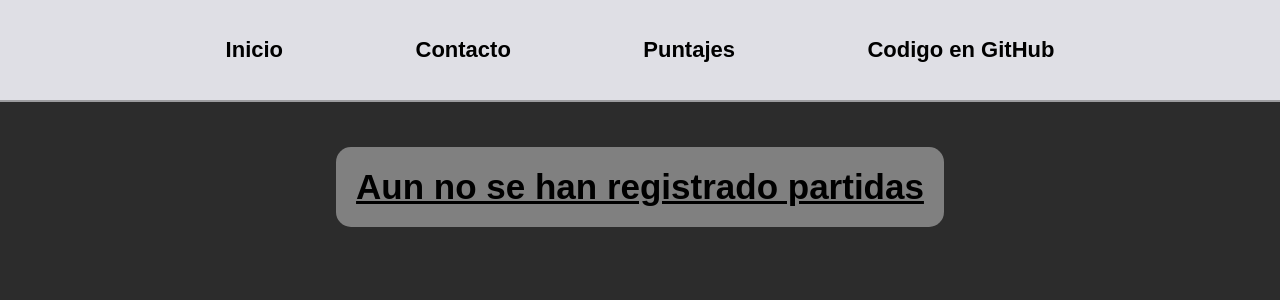
Repository: FacundoKinderknecht/FacundoKinderknecht_Wordle_Game_LPPA
Page: html/puntajes.html
The author's editor kept a copy of each file at every save. The page is drawn from the files as they stood at one save, then again after the next save.
The browser window is 1280 px wide. The pictures show the whole page.

Above is the page before, as saved 2023-08-08 09:49:36.

### html/puntajes.html
<!DOCTYPE html>
<html lang="en">
    <head>
        <meta charset="UTF-8">
        <meta http-equiv="X-UA-Compatible" content="IE=edge">
        <meta name="viewport" content="width=device-width, initial-scale=1.0">

        <link rel="stylesheet" href="../css/reset.css">
        <link rel="stylesheet" href="../css/styles.css">
        <link rel="stylesheet" href="../css/puntajes.css">

        <script src="../js/puntajes.js"></script>

        <title>Puntajes</title>
    </head>
    <body>
        <header>
            <nav class="navbar">
                <a href="../index.html">Inicio</a>
                <a href="">Contacto</a>
                <a href="../html/puntajes.html">Puntajes</a>
                <a href="https://github.com/FacundoKinderknecht/FacundoKinderknecht_Wordle_Game_LPPA" target="_blank">Codigo en GitHub</a>
            </nav>
        </header>
        <h2 class="hidden" id="title"></h2>
        <div class="table-container">
            <p class="hidden" id="loading-text">Cargando</p>
            <table id="table">
                <thead id="encabezado"></thead>
                <tbody id="contenido"></tbody>
            </table>
        </div>
    </body>
</html>

### css/reset.css
/* http://meyerweb.com/eric/tools/css/reset/
   v2.0 | 20110126
   License: none (public domain)
*/

html, body, div, span, applet, object, iframe,
h1, h2, h3, h4, h5, h6, p, blockquote, pre,
a, abbr, acronym, address, big, cite, code,
del, dfn, em, img, ins, kbd, q, s, samp,
small, strike, strong, sub, sup, tt, var,
b, u, i, center,
dl, dt, dd, ol, ul, li,
fieldset, form, label, legend,
table, caption, tbody, tfoot, thead, tr, th, td,
article, aside, canvas, details, embed,
figure, figcaption, footer, header, hgroup,
menu, nav, output, ruby, section, summary,
time, mark, audio, video {
	margin: 0;
	padding: 0;
	border: 0;
	font-size: 100%;
	font: inherit;
	vertical-align: baseline;
}

### css/styles.css
body{
    font-family: Arial, Helvetica, sans-serif;
    background-color: rgba(0, 0, 0, 0.827);
    display:flex;
    align-items: center;
    flex-direction: column;
}

header{
    width: 100%;
    height: 100px;
    margin-bottom: 15px;
    display: flex;
    justify-content: justify-content;
    align-items: center;
    background-color: rgba(248, 248, 255, 0.874);
    border-bottom: 2px solid rgb(87, 87, 87, 0.49);
}

header nav{
    display:flexbox;
    justify-content: justify-content;
    align-items:center;
    text-align: center;
    width: 100%;
}

header nav a{
    text-decoration: none;
    align-items:center;
    font-weight: bold;
    font-size: 22px;
    color: black;
    margin: 5%;
}

.hidden {
    display:none;
}

### css/puntajes.css
.table-container{
    margin: auto;
    margin-top: 15px;
    width: 950px;
    display:flex;
    flex-direction: column;
    align-items: center;
}

h2{
    background-color: grey;
    padding: 20px;
    border-radius: 15px;
    color:black;
    text-decoration-line:underline;
    font-size: 35px;
    font-weight: 700;
    margin: auto;
    margin-top: 30px;
}

table{
    text-align: left;
    background-color: rgba(211, 211, 211, 0.959);
    border-collapse: collapse;
    width: 100%;
    margin-top: 20px;
}

th,td{
    padding: 10px;
    border: solid 1px black;
}

thead{
    font-weight: 700;
    background-color: black;
    border-bottom: solid 5px black;
    color:white;
}

tr:nth-child(even){
    background-color: rgb(185, 184, 184);
}

tr:hover td{
    background-color: white;
    color:var(--celesteClaro);
    cursor:pointer;
}

#text{
    color:var(--blanco);
    font-size: 25px;
    font-weight: 700;
    margin-top: 25px;
}

### js/puntajes.js
function getElements() {
    title = document.getElementById("title")
    if (localStorage.finishedGames == null) {
        finishedGames = null
    } else {
        finishedGames = JSON.parse(localStorage.finishedGames)
    }
}

window.onload = () => {
    getElements()

    setTimeout(fillTable, 500)
}

//crea la tabla y la llena con la informacion del local storage
function fillTable() {
    if (finishedGames == null) {
        title.classList.toggle("hidden",false)
        title.innerHTML = "Aun no se han registrado partidas"
    } else {
    lblLoading.classList.toggle("hidden",true)
    title.classList.toggle("hidden",true)
    let head = `
    <tr><th>Nombre</th>
    <th>Palabra</th>
    <th>Fecha</th>
    <th>Tiempo</th>
    <th>Cantidad de intentos</th></tr>`;
    let body = "";
    for (let i = 0; i < finishedGames.length; i++) {
        body += `
        <tr><td>${finishedGames[i].user}</td>
        <td>${finishedGames[i].rightGuessString.toUpperCase()}</td>
        <td>${finishedGames[i].hour}</td>
        <td>${finishedGames[i].mins.toString().padStart(2,"0")}:${finishedGames[i].secs.toString().padStart(2,"0")}</td>
        <td>${finishedGames[i].numberOfAttempts}</td></tr>`;
    }
    document.getElementById("encabezado").innerHTML = head;
    document.getElementById("contenido").innerHTML = body;
    }
}

After the next save:
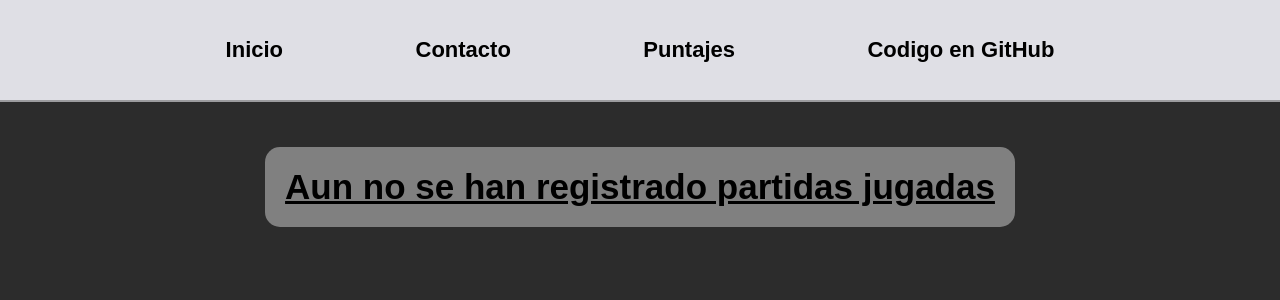
Saved 41 s later.
--- a/js/puntajes.js
+++ b/js/puntajes.js
@@ -1,4 +1,5 @@
 function getElements() {
+    lblLoading = document.getElementById("loading-text")
     title = document.getElementById("title")
     if (localStorage.finishedGames == null) {
         finishedGames = null
@@ -17,7 +18,7 @@ window.onload = () => {
 function fillTable() {
     if (finishedGames == null) {
         title.classList.toggle("hidden",false)
-        title.innerHTML = "Aun no se han registrado partidas"
+        title.innerHTML = "Aun no se han registrado partidas jugadas"
     } else {
     lblLoading.classList.toggle("hidden",true)
     title.classList.toggle("hidden",true)
